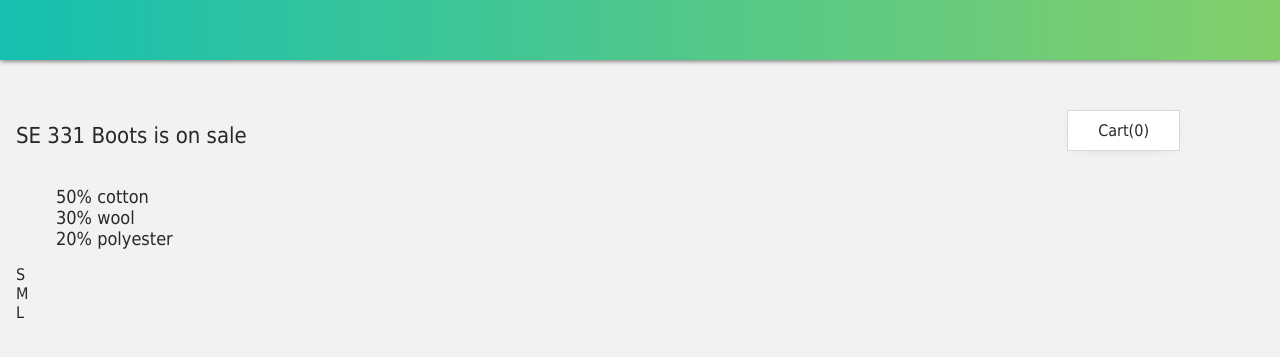
Repository: assassinhua/lab1
Page: index.html
An editor plug-in stored every save of this project. The page is shown before and after the next save, followed by the edit.
The browser window is 1280 px wide. The pictures show the whole page.

Above is the page before, as saved 2024-10-24 20:28:34.
Console error: SyntaxError: Cannot use import statement outside a module

After the next save:
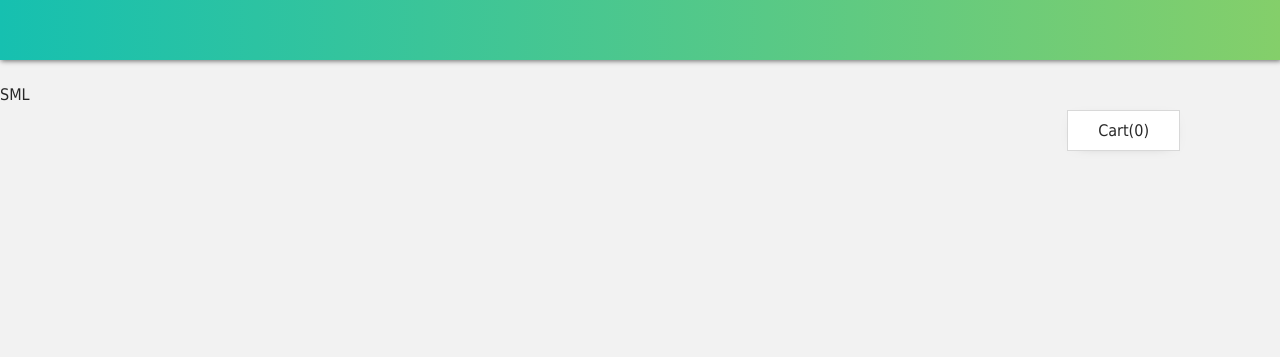
Saved 36 s later.
--- a/index.html
+++ b/index.html
@@ -14,16 +14,7 @@
     <div id="app">
         <div class="nav-bar"></div>
         <div class="cart">Cart({{cart}})</div>
-        <div class="product-display">
 
-
-
-
-            <p v-if="onSale">{{isOnSale}}</p>
-            <p v-else>not on sale</p>
-            <ul>
-                <li v-for="detail in details">{{detail}}</li>
-            </ul>
 
             <span v-for="productSize in productSizes" :key="productSize.id">
                 {{ productSize.size}}
